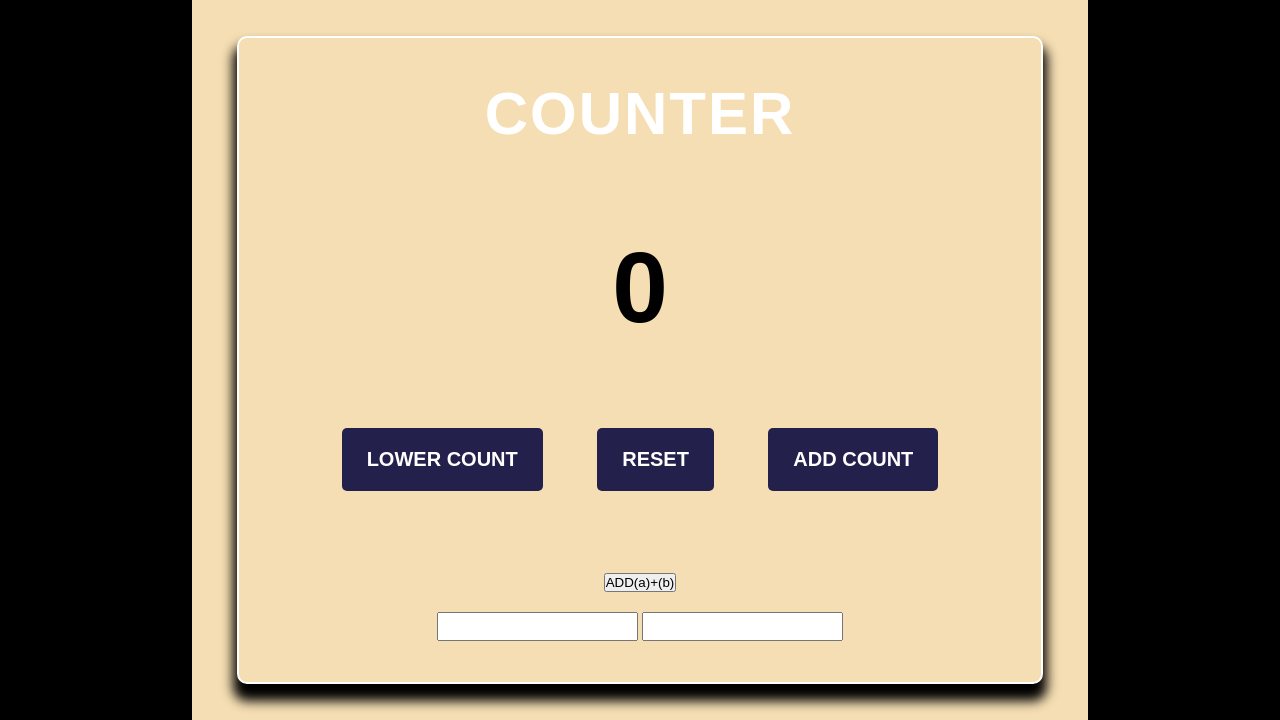
Repository: Seryozha02/Calculator
Page: calculator.html
An editor plug-in stored every save of this project. The page is shown before and after the next save, followed by the edit.
The browser window is 1280 px wide. The pictures show the whole page.

Above is the page before, as saved 2022-02-15 13:06:22.
Console error: TypeError: Cannot read properties of undefined (reading 'start')

### calculator.html
<!DOCTYPE html>
<html lang="en">
  <head>
    <meta charset="UTF-8" />
    <meta http-equiv="X-UA-Compatible" content="IE=edge" />
    <meta name="viewport" content="width=device-width, initial-scale=1.0" />
    <link rel="stylesheet" href="./calculator.css" />
    <title>Counter</title>
  </head>
  <body>
    <div class="body">
        <div class="parent">
            <div class="main">
                <div class="countText">
                    <h1>COUNTER</h1>
                </div>
                <div class="number">
                    <p id="num">0</p>
                </div>
                <div class="options">
                    <button class="leftButton">LOWER COUNT</button>
                    <button class="centerButton">RESET</button>
                    <button class="rightButton">ADD COUNT</button>
                </div>
                <div class="addABParent">
                    <button class="addAB">ADD(a)+(b)</button>
                    <input type="number" id="inputNum1"><span class="plyus"></span>
                    <input type="number" id="inputNum2"><span class="equals"></span>
                    <span id="valueOfSum"></span>
                </div>
                <!-- <form name="form_main">
                    <div>
                      <span id="hour">00</span>:<span id="minute">00</span>:<span id="second">00</span>:<span id="millisecond">000</span>
                    </div>

                    <br />

                    <button type="button" name="start">start</button>
                    <button type="button" name="pause">pause</button>
                    <button type="button" name="reset">reset</button>
                  </form> -->

            </div>
        </div>
    </div>
    <script src="./calculator.js"></script>
  </body>
</html>

### calculator.css
* {
    margin: 0;
    padding: 0;
    box-sizing: border-box;
    font-family: 'Poppins', sans-serif;
}

.body {
    background-color: black;
    position: absolute;
    width: 100%;
    height: 100%;
    display: flex;
    align-items: center;
    justify-content: center;
}

.parent {
    background-color: wheat;
    position: relative;
    width: 70%;
    height: 100%;
    display: flex;
    align-items: center;
    justify-content: center;
}

.main {
    background-color: wheat;
    position: relative;
    width: 90%;
    height: 90%;
    display: flex;
    align-items: center;
    justify-content: center;
    flex-direction: column;
    border: 2px solid white;
    border-radius: 10px;
    box-shadow: 0px 13px 12px 4px;
    display: flex;
    flex-direction: column;
    justify-content: space-around;
}

.countText {
    display: flex;
    align-items: center;
    justify-content: center;
    letter-spacing: 2px;
    color: white;
    font-size: 30px;
}

.number {
    font-size: 100px;
    font-weight: 600;
    color: black(42, 44, 42);
}

.options button {
    background-color: rgba(7, 7, 63, 0.884);
    border-radius: 5px;
    color: white;
    font-size: 20px;
    font-weight: 600;
    cursor: pointer;
    border: none;
    padding: 20px 25px 20px 25px;
    box-shadow: 5px 10px 18px #bl;
}

.options button:hover,
.btn button:hover {
    transform: scale(0.96);
}

.options button.leftButton {
    margin-right: 50px;
}

.options button.rightButton {
    margin-left: 50px;
}

.addABParent {
    text-align: -webkit-center;
}

.addAB {
    display: flex;
    margin-bottom: 20px;
}

input {
    padding: 5px 10px;
}

### calculator.js
const leftButton = document.querySelector(".leftButton");
const centerButton = document.querySelector(".centerButton");
const rightButton = document.querySelector(".rightButton");
const num = document.getElementById("num");
const addAB = document.querySelector(".addAB");
const valueOfSum = document.getElementById("valueOfSum");
const inputNum1 = document.getElementById("inputNum1");
const inputNum2 = document.getElementById("inputNum2");
const plyus = document.querySelector(".plyus")
const equals = document.querySelector(".equals")

let i = 0;
leftButton.addEventListener("click", function minus() {
    i--;
    num.innerHTML = i;
});

rightButton.addEventListener("click", function pulus() {
    i++;
    num.innerHTML = i;
});

centerButton.addEventListener("click", function reset() {
    i = 0;
    num.innerHTML = i;
});

function add(a) {
    return function name(b) {
        return a + b;
    }
}

addAB.addEventListener("click", function() {
    plyus.innerText = "+"
    equals.innerText = "="
    let inputNum1Value = Number(inputNum1.value);
    let inputNum2Value = Number(inputNum2.value);
    valueOfSum.innerText = add(inputNum1Value)(inputNum2Value)
});

let hour = 0;
let minute = 0;
let second = 0;
let millisecond = 0;

let cron;

document.form_main.start.onclick = () => start();
document.form_main.pause.onclick = () => pause();
document.form_main.reset.onclick = () => reset();

function start() {
    pause();
    cron = setInterval(() => { timer(); }, 10);
  }

  function pause() {
    clearInterval(cron);
  }

  function reset() {
    hour = 0;
    minute = 0;
    second = 0;
    millisecond = 0;
    document.getElementById('hour').innerText = '00';
    document.getElementById('minute').innerText = '00';
    document.getElementById('second').innerText = '00';
    document.getElementById('millisecond').innerText = '000';
  }
  function timer() {
    if ((millisecond += 10) == 1000) {
      millisecond = 0;
      second++;
    }
    if (second == 60) {
      second = 0;
      minute++;
    }
    if (minute == 60) {
      minute = 0;
      hour++;
    }
    document.getElementById('hour').innerText = returnData(hour);
    document.getElementById('minute').innerText = returnData(minute);
    document.getElementById('second').innerText = returnData(second);
    document.getElementById('millisecond').innerText = returnData(millisecond);
  }

  function returnData(input) {
    return input > 10 ? input : `0${input}`
  }

After the next save:
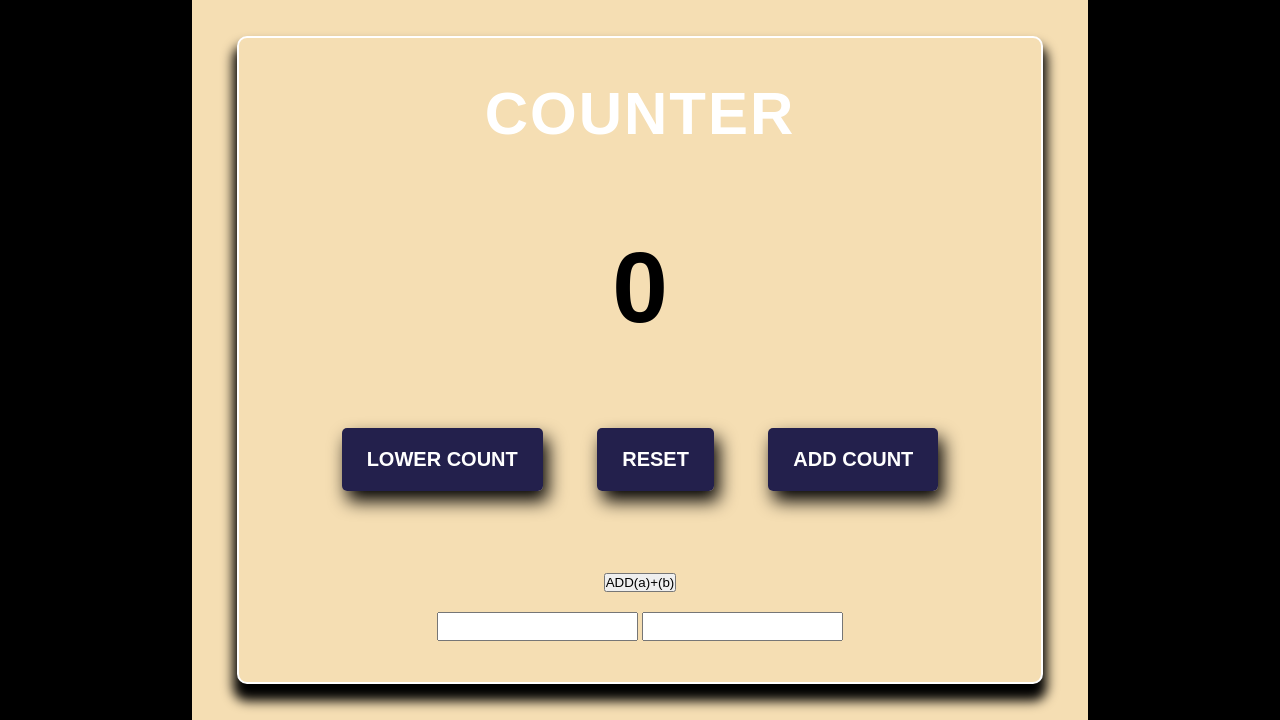
Saved 4 s later.
--- a/calculator.css
+++ b/calculator.css
@@ -66,7 +66,7 @@
     cursor: pointer;
     border: none;
     padding: 20px 25px 20px 25px;
-    box-shadow: 5px 10px 18px #bl;
+    box-shadow: 5px 10px 18px black;
 }
 
 .options button:hover,
